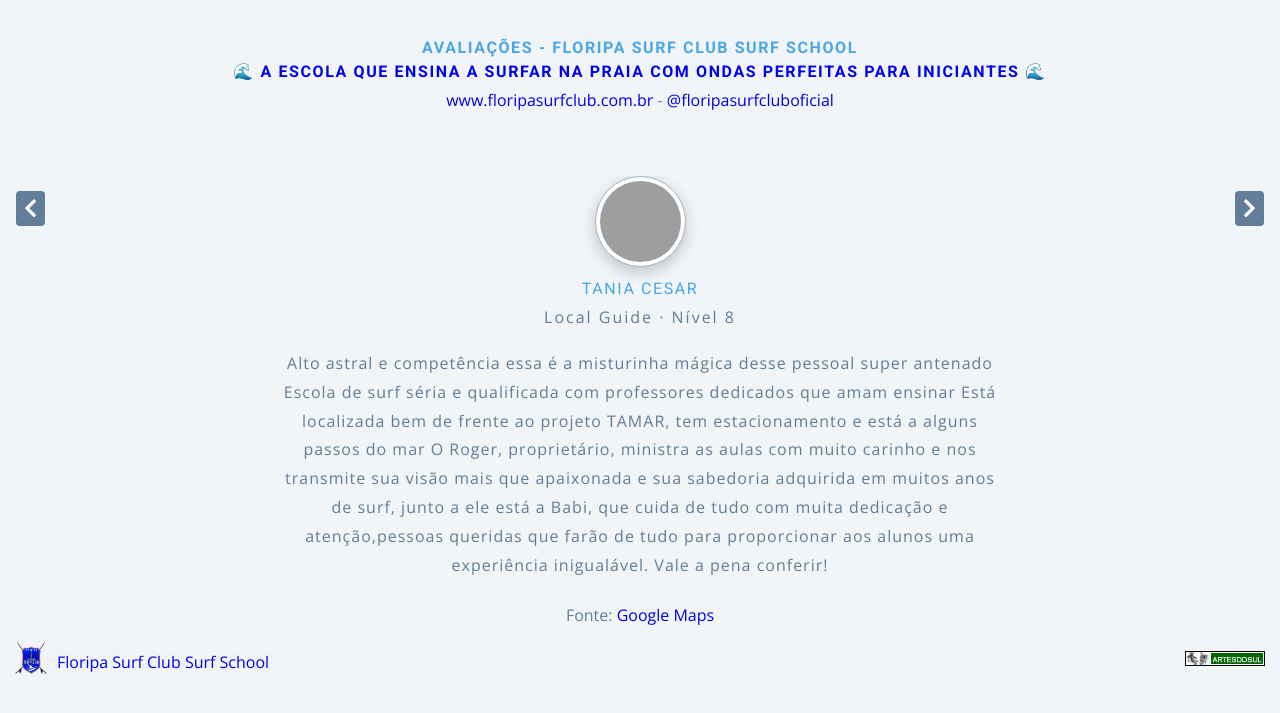
Repository: araguaci/floripasurfclub-reviews
Page: index.html
These files come from the project's save history. The page is drawn as it stood at one moment and after the next save; the edit follows.
The browser window is 1280 px wide. The pictures show the whole page.
Pictures or frames that could not be fetched are drawn as grey boxes. Some web libraries are served in a nearby version.

Above is the page before, as saved 2021-08-23 21:27:44.

### index.html
<!DOCTYPE html>
<html lang="en">
  <head>
    <meta charset="UTF-8" />
    <meta name="viewport" content="width=device-width, initial-scale=1.0" />
    <title>Avaliações - Floripa Surf Club Surf School</title>
    <meta name="viewport"
      content="Floripa Surf Club Surf School
        🌊 a escola que ensina a surfar na praia com ondas perfeitas para iniciantes 🌊
        🌊 Surf School and Trips 🏄‍♀️🏄
        🌊 Free Surf 🌎 Barra da Lagoa 🌊
        🌊 Em frente ao Projeto Tamar 🌊
        Santa Catarina - Brasil "
    />
    <meta name="description"
      content="Floripa Surf Club Surf School
        🌊 a escola que ensina a surfar na praia com ondas perfeitas para iniciantes 🌊
        🌊 Surf School and Trips 🏄‍♀️🏄
        🌊 Free Surf 🌎 Barra da Lagoa 🌊
        🌊 Em frente ao Projeto Tamar 🌊
        Santa Catarina - Brasil "
    />
    <link rel="shortcut icon" type="image/x-icon" href="./favicon.ico" />
    <!-- font-awesome -->
    <link
      rel="stylesheet"
      href="https://cdnjs.cloudflare.com/ajax/libs/font-awesome/5.14.0/css/all.min.css"
    />

    <!-- stylesheet -->
    <link rel="stylesheet" href="styles.css" />
  </head>
  <body>
    <section class="slider">
      <div class="reviews">
        <h4>Avaliações - Floripa Surf Club Surf School</h4>
        <h4><a href="http://www.floripasurfclub.com.br/">🌊 A escola que ensina a surfar na praia com ondas perfeitas para iniciantes 🌊</a></h4>
        <p><a href="http://www.floripasurfclub.com.br/" title="Website Floripa Surf Club Surf School">www.floripasurfclub.com.br</a> - <a href="https://www.instagram.com/floripasurfcluboficial/" title="Instagram">@floripasurfcluboficial</a></p>
      </div>
      <div class="slide-container">
        <!-- <article class="slide">
          <img
            src="https://res.cloudinary.com/diqqf3eq2/image/upload/c_scale,w_200/v1595959121/person-1_aufeoq.jpg"
            class="img"
            alt="peter doe"
          />
          <h4>peter doe</h4>
          <p class="title">product designer</p>
          <p class="text">
            Lorem ipsum dolor sit amet consectetur adipisicing elit. Quidem quo
            eius recusandae officia voluptas sint deserunt dicta nihil nam
            omnis?
          </p>
          <div class="quote-icon">
            <i class="fas fa-quote-right"></i>
          </div>
        </article> -->
      </div>
      <!-- buttons -->
      <!-- prev btn -->
      <button class="btn prev-btn">
        <i class="fas fa-chevron-left"></i>
      </button>
      <!-- next button -->
      <button class="btn next-btn">
        <i class="fas fa-chevron-right"></i>
      </button>
    </section>
    <div class="footer" style="background-color: rgb(54, 47, 47);">
      <span style="float: left; margin-left: 15px; margin-bottom: 23px;"><a href="http://www.floripasurfclub.com.br/" title="Floripa Surf Club Surf School – a escola que ensina a surfar na praia com ondas perfeitas para iniciantes"><img src="./floripasurfclub.png" width="32" height="32" alt="" style="vertical-align: bottom; margin-right: 10px;"/>Floripa Surf Club Surf School</a></span>
      <span style="float: right; ; margin-right: 15px; vertical-align: bottom; margin-bottom: 23px;"><a href="http://www.artesdosul.com" title="Design & Hosted by Artes so Sul" style="vertical-align: bottom;"><img src="./artesdosul.jpg" style="vertical-align: bottom;"></a></span>
    </div>
    <script type="module" src="app.js"></script>
  </body>
</html>

### styles.css
/*
===============
Fonts
===============
*/
@import url("https://fonts.googleapis.com/css?family=Open+Sans|Roboto:400,700&display=swap");

/*
===============
Variables
===============
*/

:root {
  /* dark shades of primary color*/
  --clr-primary-1: hsl(205, 86%, 17%);
  --clr-primary-2: hsl(205, 77%, 27%);
  --clr-primary-3: hsl(205, 72%, 37%);
  --clr-primary-4: hsl(205, 63%, 48%);
  /* primary/main color */
  --clr-primary-5: hsl(205, 78%, 60%);
  /* lighter shades of primary color */
  --clr-primary-6: hsl(205, 89%, 70%);
  --clr-primary-7: hsl(205, 90%, 76%);
  --clr-primary-8: hsl(205, 86%, 81%);
  --clr-primary-9: hsl(205, 90%, 88%);
  --clr-primary-10: hsl(205, 100%, 96%);
  /* darkest grey - used for headings */
  --clr-grey-1: hsl(209, 61%, 16%);
  --clr-grey-2: hsl(211, 39%, 23%);
  --clr-grey-3: hsl(209, 34%, 30%);
  --clr-grey-4: hsl(209, 28%, 39%);
  /* grey used for paragraphs */
  --clr-grey-5: hsl(210, 22%, 49%);
  --clr-grey-6: hsl(209, 23%, 60%);
  --clr-grey-7: hsl(211, 27%, 70%);
  --clr-grey-8: hsl(210, 31%, 80%);
  --clr-grey-9: hsl(212, 33%, 89%);
  --clr-grey-10: hsl(210, 36%, 96%);
  --clr-white: #fff;
  --clr-red-dark: hsl(360, 67%, 44%);
  --clr-red-light: hsl(360, 71%, 66%);
  --clr-green-dark: hsl(125, 67%, 44%);
  --clr-green-light: hsl(125, 71%, 66%);
  --clr-black: #222;
  --ff-primary: "Roboto", sans-serif;
  --ff-secondary: "Open Sans", sans-serif;
  --transition: all 0.3s linear;
  --spacing: 0.1rem;
  --radius: 0.25rem;
  --light-shadow: 0 5px 15px rgba(0, 0, 0, 0.1);
  --dark-shadow: 0 5px 15px rgba(0, 0, 0, 0.2);
  --max-width: 1170px;
  --fixed-width: 620px;
}
/*
===============
Global Styles
===============
*/

*,
::after,
::before {
  margin: 0;
  padding: 0;
  box-sizing: border-box;
}
body {
  font-family: var(--ff-secondary);
  background: var(--clr-grey-10);
  color: var(--clr-grey-1);
  line-height: 1.5;
  font-size: 0.875rem;
}
ul {
  list-style-type: none;
}
a {
  text-decoration: none;
}
h1,
h2,
h3,
h4 {
  letter-spacing: var(--spacing);
  text-transform: capitalize;
  line-height: 1.25;
  margin-bottom: 0.75rem;
  font-family: var(--ff-primary);
}
h1 {
  font-size: 3rem;
}
h2 {
  font-size: 2rem;
}
h3 {
  font-size: 1.25rem;
}
h4 {
  font-size: 1rem;
  font-weight: bold;
}
p {
  margin-bottom: 1.25rem;
  color: var(--clr-grey-5);
}
@media screen and (min-width: 800px) {
  h1 {
    font-size: 4rem;
  }
  h2 {
    font-size: 2.5rem;
  }
  h3 {
    font-size: 1.75rem;
  }
  h4 {
    font-size: 1rem;
    font-weight: bold;
  }
  body {
    font-size: 1rem;
  }
  h1,
  h2,
  h3,
  h4 {
    line-height: 1;
  }
}

.section-center {
  width: 90vw;
  margin: 0 auto;
  max-width: 1170px;
}
@media screen and (min-width: 992px) {
  .section-center {
    width: 95vw;
  }
}
main {
  min-height: 100vh;
  display: grid;
  place-items: center;
}

/*
===============
Slider Styles
===============
*/
section {
  width: 85vw;
  margin: 0 auto;
  margin-top: 1.0rem;
  text-align: center;
  padding: 1rem 0;
  /* set relative for buttons */
  position: relative;
}
.reviews {
  margin-bottom: 4rem;
}
.reviews h2, .reviews h4 {
  display: flex;
  align-items: center;
  justify-content: center;
}
.reviews h4 {
  font-weight: bold;
}
.reviews span {
  font-size: 0.85em;
  color: var(--clr-primary-5);
  margin-right: 1rem;
}
.img {
  width: 91px;
  height: 91px;
  object-fit: cover;
  border: 1px solid var(--clr-grey-7);
  background: var(--clr-white);
  padding: 0.25rem;
  border-radius: 50%;
  box-shadow: var(--dark-shadow);
}
h4 {
  text-transform: uppercase;
  font-weight: 500;
  color: var(--clr-primary-5);
  letter-spacing: var(--spacing);
  margin: 0.5rem 0;
}
.title {
  margin-bottom: 1.25rem;
  letter-spacing: 2px;
  text-transform: capitalize;
}
.text {
  color: var(--clr-grey-5);
  line-height: 1.8;
  max-width: 45em;
  margin: 0 auto;
  letter-spacing: 1px;
}

.icon:hover {
  transform: scale(1.1);
  opacity: 0.8;
}
.quote-icon {
  font-size: 3rem;
  margin-top: 2rem;
  color: var(--clr-primary-5);
}
/* set buttons */
.btn {
  position: absolute;
  top: 175px;
  background: var(--clr-grey-5);
  color: var(--clr-white);
  padding: 0.25rem 0.35rem;
  border-radius: 0.25rem;
  border: transparent;
  cursor: pointer;
}
.next-btn {
  right: -0.5rem;
}
.prev-btn {
  left: -0.5rem;
}
@media screen and (min-width: 768px) {
  .next-btn {
    right: -5rem;
  }
  .prev-btn {
    left: -5rem;
  }
  .btn {
    font-size: 1.3rem;
    padding: 0.35rem 0.5rem;
  }
  .quote-icon {
    font-size: 4rem;
  }
}

/* MORE CSS FOR JS */

.slide-container {
  display: flex;
  position: relative;
  height: 450px;
  overflow: hidden;
}

.slide {
  position: absolute;
  top: 0;
  left: 0;
  width: 100%;
  height: 100%;
  transition: all 0.3s ease-in-out;
  opacity: 0;
}
.slide.active {
  opacity: 1;
  transform: translateX(0);
}
.slide.next {
  transform: translateX(100%);
}
.slide.last {
  transform: translateX(-100%);
}

### app.js
import data from "./data.js";
const container = document.querySelector(".slide-container");
const nextBtn = document.querySelector(".next-btn");
const prevBtn = document.querySelector(".prev-btn");
// if length is 1 hide buttons
if (data.length === 1) {
  nextBtn.style.display = "none";
  prevBtn.style.display = "none";
}
// if length is 2, add copies of slides
let people = [...data];
if (data.length === 2) {
  people = [...data, ...data];
}
container.innerHTML = people
  .map((person, slideIndex) => {
    const { img, name, job, text } = person;
    let position = "next";
    if (slideIndex === 0) {
      position = "active";
    }
    if (slideIndex === people.length - 1) {
      position = "last";
    }
    if (data.length <= 1) {
      position = "active";
    }
    return `<article class="slide ${position}">
  <img src=${img} class="img" alt="${name}"/>
  <h4>${name}</h4>
  <p class="title">${job}</p>
  <p class="text">
   ${text}
  </p>
  <br/><p>Fonte: <a href="https://www.google.com/maps/place/Floripa+Surf+Club+Surf+School/@-27.5722772,-48.4276483,3a,75y/data=!3m7!1e2!3m5!1sAF1QipNeZv-e5wVZk1upf5xb2Mxlu2Z3TG-rbVS8ihxQ!2e10!6shttps:%2F%2Flh5.googleusercontent.com%2Fp%2FAF1QipNeZv-e5wVZk1upf5xb2Mxlu2Z3TG-rbVS8ihxQ%3Dw150-h150-k-no-p!7i720!8i720!4m11!1m2!2m1!1sfloripa+surfclub!3m7!1s0x95273f5658129455:0xe63707f3e5b0a90b!8m2!3d-27.5722772!4d-48.4276483!9m1!1b1!15sChBmbG9yaXBhIHN1cmZjbHVikgENc3BvcnRzX3NjaG9vbA">Google Maps</a></p>
 </article>`;
  })
  .join("");

const startSlider = (type) => {
  // get all three slides active,last next
  const active = document.querySelector(".active");
  const last = document.querySelector(".last");
  let next = active.nextElementSibling;
  if (!next) {
    next = container.firstElementChild;
  }
  active.classList.remove(["active"]);
  last.classList.remove(["last"]);
  next.classList.remove(["next"]);

  if (type === "prev") {
    active.classList.add("next");
    last.classList.add("active");
    next = last.previousElementSibling;
    if (!next) {
      next = container.lastElementChild;
    }
    next.classList.remove(["next"]);
    next.classList.add("last");
    return;
  }
  active.classList.add("last");
  last.classList.add("next");
  next.classList.add("active");
};
nextBtn.addEventListener("click", () => {
  startSlider();
});
prevBtn.addEventListener("click", () => {
  startSlider("prev");
});

### data.js
const people = [
  {
    img:
      "https://lh3.googleusercontent.com/a-/AOh14Giu0kiWyS2TqMwVEJ1al1_fpSVvwjTqir82_8H4-A=w60-h60-p-rp-mo-ba6-br100",
    name: "Tania Cesar",
    job: "Local Guide · Nível 8",
    text: `Alto astral e competência essa é a misturinha mágica desse pessoal super antenado
    Escola de surf séria e qualificada com professores dedicados que amam ensinar
    Está localizada bem de frente ao projeto TAMAR, tem estacionamento e está a alguns passos do mar
    O Roger, proprietário, ministra as aulas com muito carinho e nos transmite sua visão mais que apaixonada e sua sabedoria adquirida em muitos anos de surf, junto a ele está a Babi, que cuida de tudo com muita dedicação e atenção,pessoas queridas que farão de tudo para proporcionar aos alunos uma experiência inigualável.
    Vale a pena conferir!`,
  },
  {
    img:
      "https://lh3.googleusercontent.com/a-/AOh14GiYjYRznwekXx5B-5pkouNsyKt9njs5WctHDGFmWQI=w60-h60-p-rp-mo-br100",
    name: "Cesar Lopes",
    job: "Local Guide · Nível 2",
    text: `A aula é excelente, tudo em volta favorece, local, professor e material. Recomendo bastante`,
  },
  {
    img:
      "https://lh3.googleusercontent.com/a-/AOh14GgDzGFLzrlMZXo79mGsCE17A-hisYfwxj4CTLlsgg=w60-h60-p-rp-mo-ba4-br100",
    name: "Jaqueline Muniz",
    job: "Local Guide · Nível 6",
    text: `Manhã sensacional de surf graças ao Roger e a equipe do Floripa Surf Club! Fomos super bem acolhidos e instruídos. Os equipamentos são novíssimos e de ótima qualidade! Valeu demais!!`,
  },
  {
    img:
      "https://lh3.googleusercontent.com/a-/AOh14Gh6XkPmODM_cSEtolbGRLu3ikdT2PHd3dcjLbnArw=w60-h60-p-rp-mo-ba5-br100",
    name: "M. M. Leal",
    job: "Local Guide · Nível 7",
    text: `Essa escola é simplesmente incrível!!  A cada aula me sinto mais segura e mais confortável mas ondas, logo no primeiro dia já consegui ficar em pé na prancha! Eles tem vários tamanhos de prancha disponíveis e todo o material necessário. As aulas são profissionais e tudo com muito respeito, paciência e didática você se diverte, aprende e se conecta com a natureza e as ondas. Altamente recomendado!!`,
  },
  {
    img:
      "https://lh3.googleusercontent.com/a-/AOh14Gh8OcfW8UpBhIn2HgTVwjr2IgwT1A-fHR8t4rLNXQ=w60-h60-p-rp-mo-ba5-br100",
    name: "Natan Morette",
    job: "Local Guide · Nível 7",
    text: `Roger foi um excelente professor. Aulas muito boas, auto astral de mais. Aprendi a verdadeira essência do surf e me diverti muito. Além de ter evoluído de mais o meu nível de surf`,
  },
  {
    img:
      "https://lh3.googleusercontent.com/a-/AOh14GjHWM6SS1DVT6zLS50jgyPwNiRUPS9-ZbThNKiV5wY=w60-h60-p-rp-mo-br100",
    name: "ISABEL FAGUNDES",
    job: "",
    text: `Simplesmente Maravilhoso! Profs atenciosos e de ótima comunicação! Realmente amam o surf!  Minha filha fez a aula e super amou! Realização! Obrigada e parabéns!`,
  },
  {
    img:
      "https://lh3.googleusercontent.com/a/AATXAJxMuxno1G7MPdT0GL03WJO0U0C4l-refb-5gti_=w60-h60-p-rp-mo-br100",
    name: "Vinícius Pavan",
    job: "",
    text: `Entrei para uma escola de surf e ganhei uma família para a prática do esporte. Tudo impecável em cada detalhe e em poucas aulas a evolução foi muito grande.
    A equipe é incrível, especialmente o Roger que nos pegou pela mão e ensinou cada detalhe não apenas técnico como comportamental, ético moral do surf. Só tenho a agradecer!!`,
  },
  {
    img:
      "https://lh3.googleusercontent.com/a-/AOh14Gjdgf3fnxikdAAKotnWX4N-AfRUTeGsV2paQeAbHg=w60-h60-p-rp-mo-br100",
    name: "Leonardo",
    job: "",
    text: `Aulas muito boas e excelentes profissionais. Todos estão de parabéns pelo trabalho e pela energia dentro e fora da água. Valeu, galera!`,
  },
  {
    img:
      "https://lh3.googleusercontent.com/a-/AOh14GgYC2TEO3bykkbIRnAGhidciWzA_bbK2IwqC7jv-Q=w60-h60-p-rp-mo-br100",
    name: "Vinicius Paulino",
    job: "",
    text: `Além dos equipamentos de qualidade os ensinamentos praticos, teoricos e a vibe dos professores garetem o surf na sua essência com seguranca evolucao e diversão garantida...`,
  },
  {
    img:
      "https://lh3.googleusercontent.com/a-/AOh14GgBeeZeJouQSUSck3TaOql5MmivzKjsEiM6b6gBKw=w60-h60-p-rp-mo-br100",
    name: "Lafayette Baesso",
    job: "",
    text: `Sem palavras. Tive aula com o Roger e ele é um professor excepcional. Se você está em dúvida, confia. Eu recomendaria até para a minha vó hahaha`,
  },
  {
    img:
      "https://lh3.googleusercontent.com/a-/AOh14GgIEiEbekl7n1jcIFaYW8tIN4aDMkPyKZjRgtdEeA=w60-h60-p-rp-mo-br100",
    name: "Céu do Momento - Astrologia no seu dia a dia",
    job: "",
    text: `É o Guilherme aqui! Nossa senhora as aulas do Floripa Surf Club são SENSACIONAIS! Cheguei a pouco tempo em Floripa e fui super bem recibido pelos professores... Roger e Leo obrigado pelo alto astral e por cada aula incrível... Surf está se tornando minha paixão!! Gratidão imensa!!`,
  },
  {
    img:
      "https://lh3.googleusercontent.com/a-/AOh14GjyLIO18HSIUwV_6_YzdPu2li3c8bXKtV5DYDLQWA=w60-h60-p-rp-mo-br100",
    name: "Guilherme Sperandio",
    job: "",
    text: `Super recomendo as aulas do Roger e do Léo. Eles focam nos detalhes que cada iniciante precisa e a energia da aula é fantástica. Podem confiar que vale muito a pena. Gratidão, Roger e turma.`,
  },
  {
    img:
      "https://lh3.googleusercontent.com/a-/AOh14GgIvz6sGDumpCZobrTJK8TXte5bTZ2y8ftCMyXzxA=w60-h60-p-rp-mo-br100",
    name: "Ligia Salermo",
    job: "",
    text: `Professor ótimo, pessoal super gentil e simpático, fui bem atendida, lugar para trocar para mulheres bem reservado, me emprestaram cadeira de praia, tudo isso extra à aula de surf que foi excelente! Indico com certeza`,
  }
];

export default people;

After the next save:
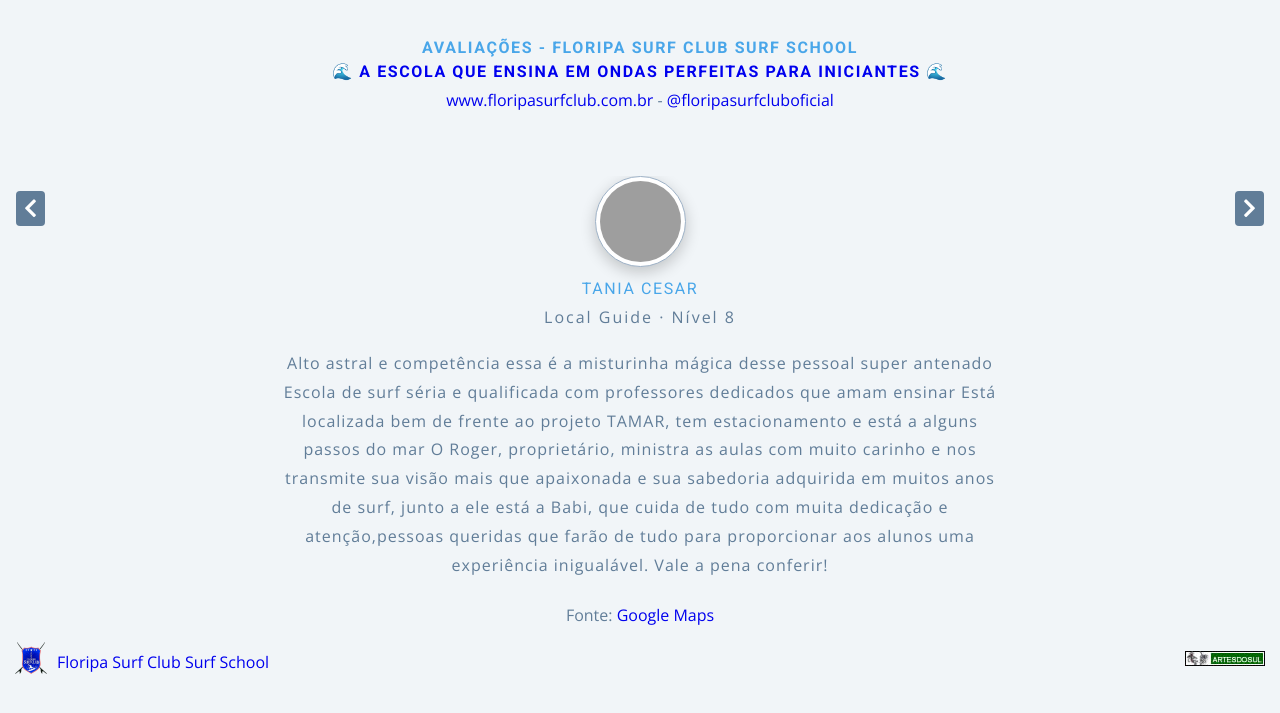
Saved 28 s later.
--- a/index.html
+++ b/index.html
@@ -34,7 +34,7 @@
     <section class="slider">
       <div class="reviews">
         <h4>Avaliações - Floripa Surf Club Surf School</h4>
-        <h4><a href="http://www.floripasurfclub.com.br/">🌊 A escola que ensina a surfar na praia com ondas perfeitas para iniciantes 🌊</a></h4>
+        <h4><a href="http://www.floripasurfclub.com.br/">🌊 A escola que ensina em ondas perfeitas para iniciantes 🌊</a></h4>
         <p><a href="http://www.floripasurfclub.com.br/" title="Website Floripa Surf Club Surf School">www.floripasurfclub.com.br</a> - <a href="https://www.instagram.com/floripasurfcluboficial/" title="Instagram">@floripasurfcluboficial</a></p>
       </div>
       <div class="slide-container">
